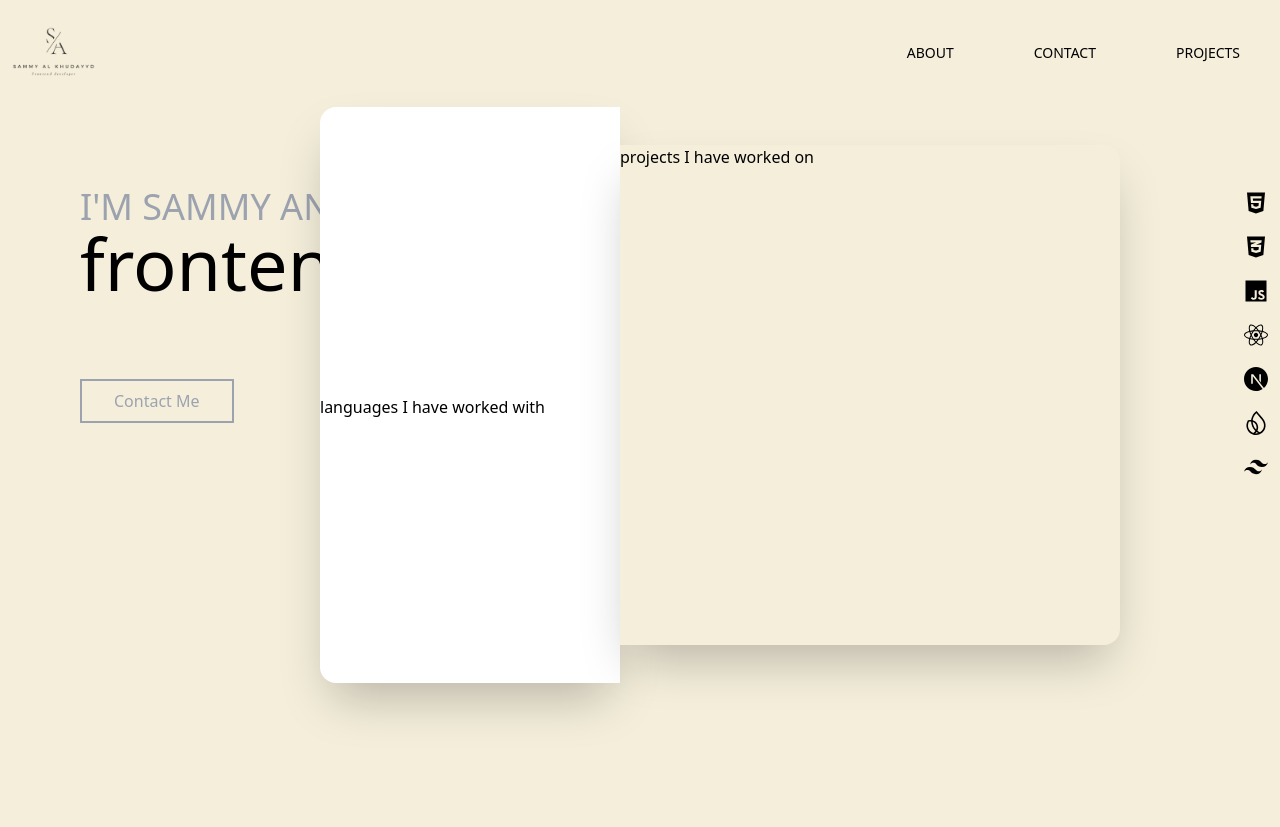
Repository: Al123Kudayyd/myportfolio
Page: /
The author's editor kept a copy of each file at every save. The page is drawn from the files as they stood at one save, then again after the next save.
The browser window is 1280 px wide. The pictures show the whole page.
The project was rebuilt for these pictures with package versions that can differ from the ones it lists, and the page was loaded fresh each time. Also part of the build but not shown: src/components/model.js.

Above is the page before, as saved 2024-02-21 13:49:45.

After the next save:
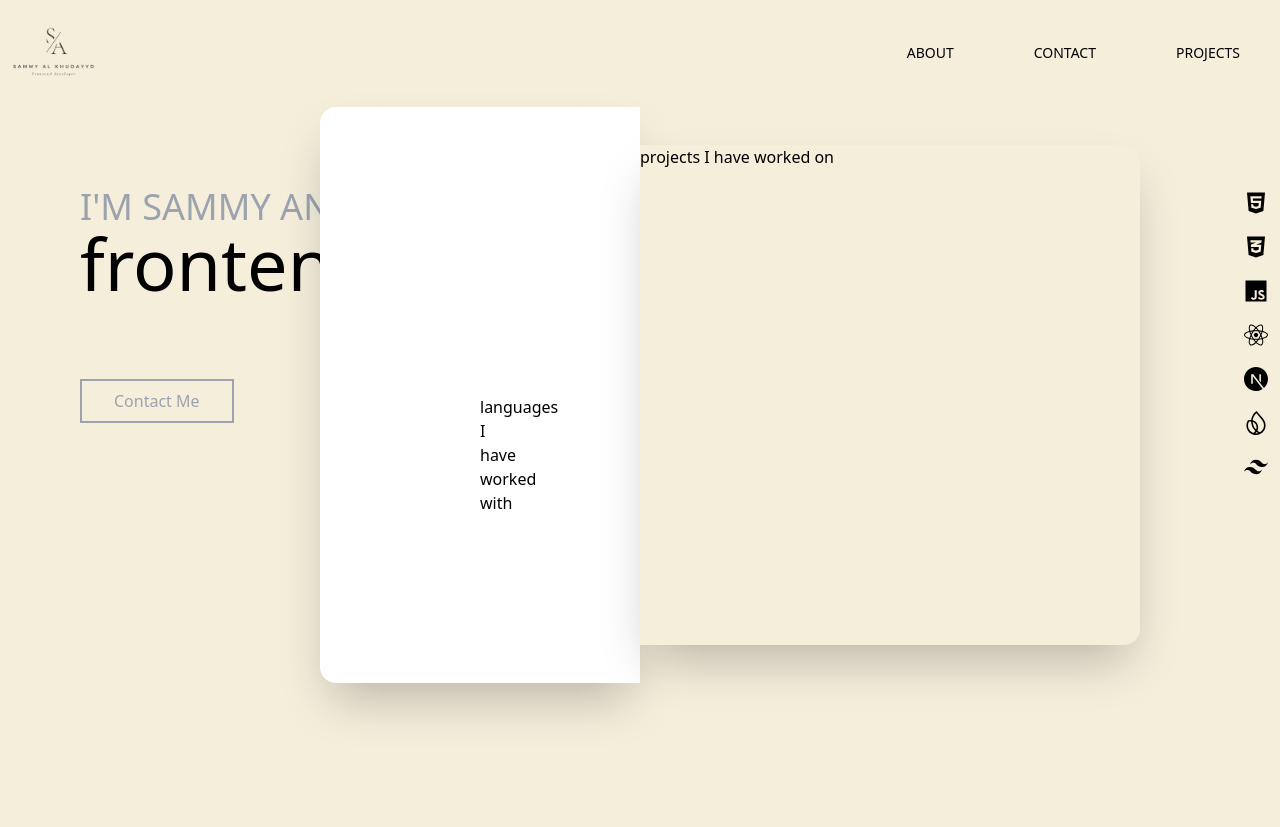
Saved 2 s later.
--- a/src/components/Projects.jsx
+++ b/src/components/Projects.jsx
@@ -4,7 +4,7 @@ function Projects() {
   return (
     <div className='absolute top-0 left-[25%]'>
         <div className='flex justify-center items-center'>
-            <div className='shadow-2xl bg-white w-[300px] h-[500px] rounded-l-2xl py-40 py-72'>
+            <div className='shadow-2xl bg-white w-[300px] h-[500px] rounded-l-2xl px-40 py-72'>
                 <h1>languages I have worked with</h1>
             </div>
             <div className='shadow-2xl bg-[#f4eedb] w-[500px] h-[500px] rounded-r-2xl'>
